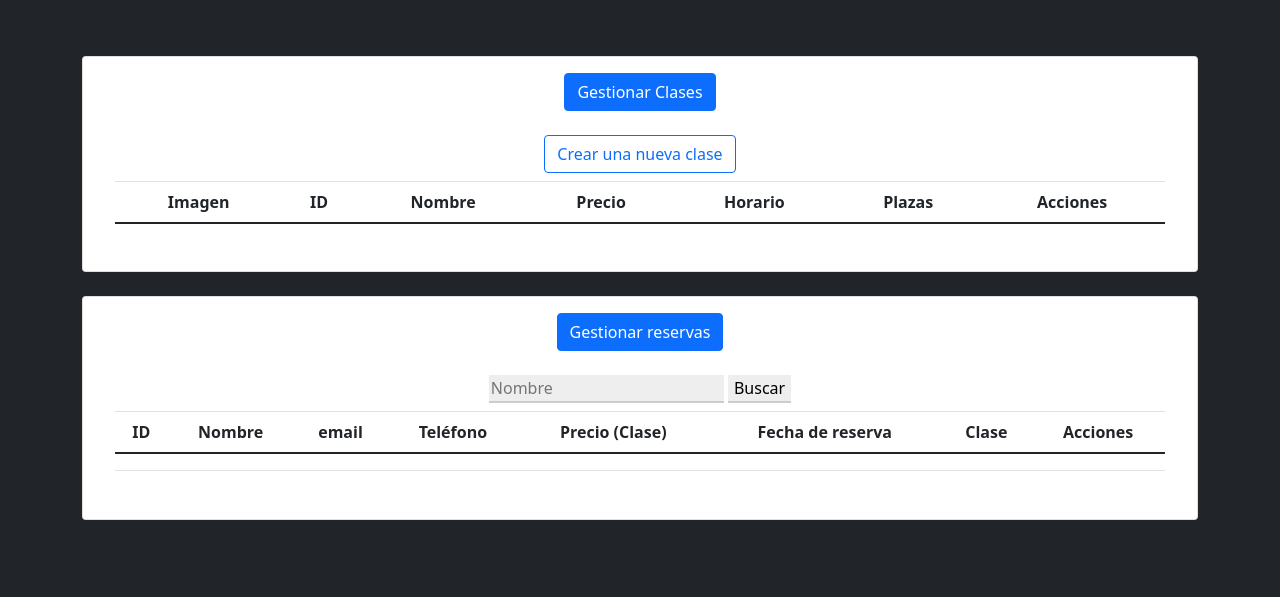
Repository: gcvictor22/ProyectoFinal1DAM
Page: http://localhost/gestionar
These files come from the project's save history. The page is drawn as it stood at one moment and after the next save; the edit follows.
The browser window is 1280 px wide. The pictures show the whole page.
The page is this project's Thymeleaf template; nobody is signed in. The template is opened directly, without the code that normally fills it, so the values that code supplies are empty.

Above is the page before, as saved 2022-06-01 06:12:43.
Console error: TypeError: Cannot read properties of null (reading 'style')

After the next save:
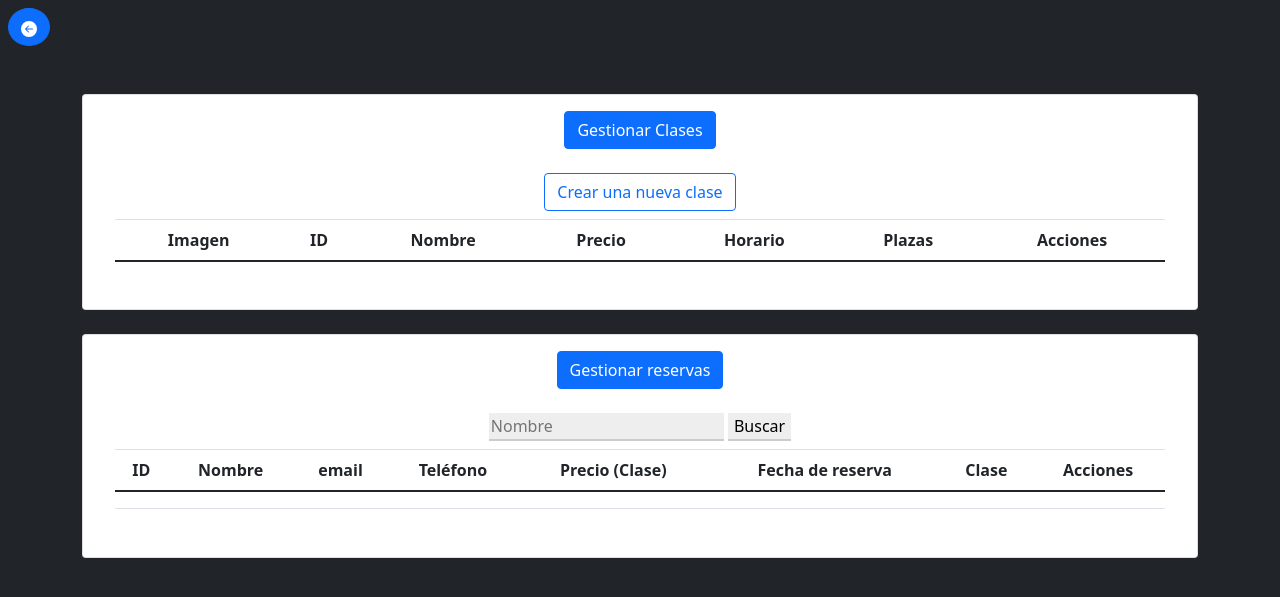
Saved 15 min 50 s later.
--- a/ProyectoFinalSTS/src/main/resources/templates/gestionar.html
+++ b/ProyectoFinalSTS/src/main/resources/templates/gestionar.html
@@ -18,6 +18,13 @@
 </head>
 
 <body class="bg-dark p-2" id=bodyGestionar>
+	<a class="btn btn-primary rounded-circle sticky-top" th:href="@{/inicio}">
+		<svg xmlns="http://www.w3.org/2000/svg" width="16" height="16" fill="currentColor"
+			class="bi bi-arrow-left-circle-fill mx-0" viewBox="0 0 16 16">
+			<path
+				d="M8 0a8 8 0 1 0 0 16A8 8 0 0 0 8 0zm3.5 7.5a.5.5 0 0 1 0 1H5.707l2.147 2.146a.5.5 0 0 1-.708.708l-3-3a.5.5 0 0 1 0-.708l3-3a.5.5 0 1 1 .708.708L5.707 7.5H11.5z" />
+		</svg>
+	</a>
 	<div class="container rounded mt-5">
 		<div id="accordion">
 			<div class="card p-3 overflow-auto">
